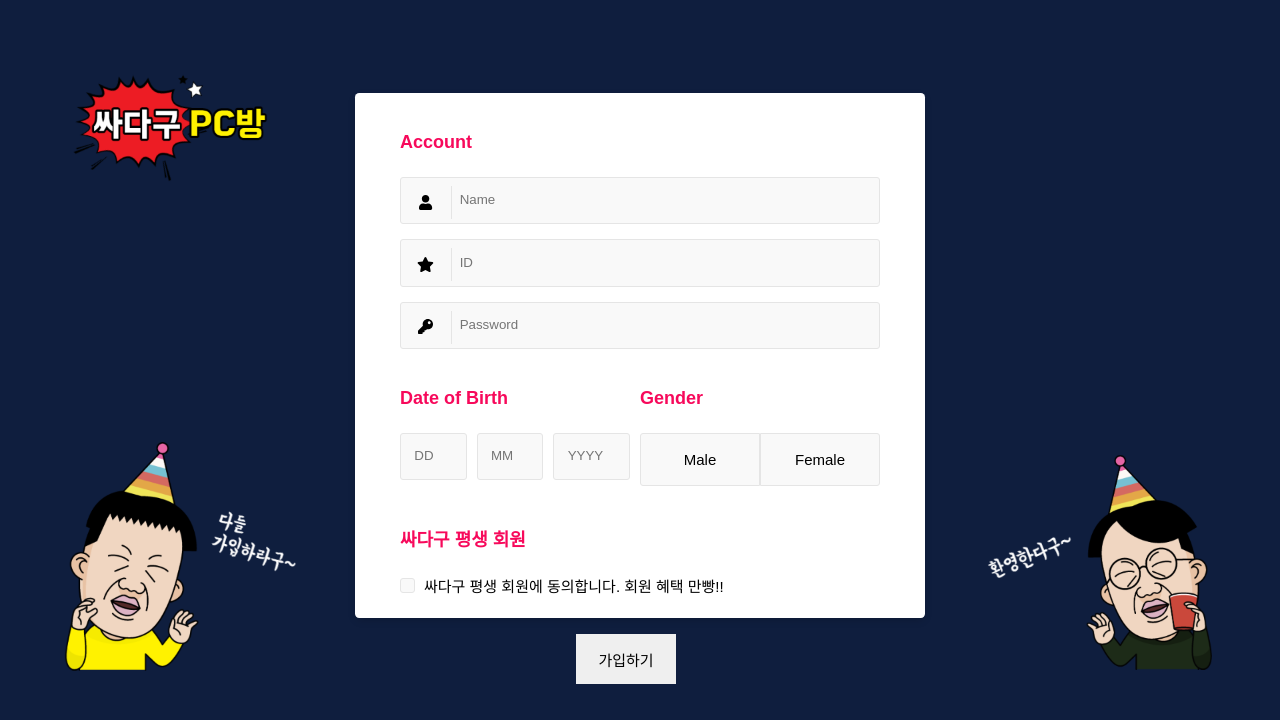
Repository: lkwoung/webProject-assignment
Page: http://localhost/CheapPC/login/join.jsp
The author's editor kept a copy of each file at every save. The page is drawn from the files as they stood at one save, then again after the next save.
The browser window is 1280 px wide. The pictures show the whole page.
Some web fonts or font styles are not loaded; a fallback is used. Some web libraries are served in a nearby version. The page is served by Tomcat 9. Other server files are loaded and not shown.

Above is the page before, as saved 2020-12-17 14:27:01.

### CheapPC/WebContent/login/join.jsp
<%@ page language="java" contentType="text/html; charset=UTF-8"
	pageEncoding="UTF-8"%>
<!DOCTYPE html>
<html>
<head>
  <meta http-equiv="Content-Type" content="text/html; charset=UTF-8"/>
  <script src="https://use.fontawesome.com/releases/v5.2.0/js/all.js"></script>
  <title>cheap PC Join</title>
  <link rel="stylesheet" href="../css/join.css">
  <link href="https://fonts.googleapis.com/earlyaccess/hanna.css" rel="stylesheet" type="text/css" />
</head>
<body>
<div class="container">
  <form name=joinform style="font-family:'Hanna', sans-serif;" action="user_join">
    <div class="row">
      <h4>Account</h4>
      <div class="input-group input-group-icon">
        <input type="text" name="name" placeholder="Name" style="font-family:'Hanna', sans-serif;"/>
        <div class="input-icon"><i class="fa fa-user"></i></div>
      </div>
      <div class="input-group input-group-icon">
        <input type="text" name="id" placeholder="ID" style="font-family:'Hanna', sans-serif;"/>
        <div class="input-icon"><i class="fa fa-star"></i></div>
      </div>
      <div class="input-group input-group-icon">
        <input type="password" name="password" placeholder="Password" style="font-family:'Hanna', sans-serif;"/>
        <div class="input-icon"><i class="fa fa-key"></i></div>
      </div>
    </div>
    <div class="row">
      <div class="col-half">
        <h4>Date of Birth</h4>
        <div class="input-group">
          <div class="col-third">
            <input type="text" name="dd" placeholder="DD"/>
          </div>
          <div class="col-third">
            <input type="text" name="mm" placeholder="MM"/>
          </div>
          <div class="col-third">
            <input type="text" name="yyyy" placeholder="YYYY"/>
          </div>
        </div>
      </div>
      <div class="col-half">
        <h4>Gender</h4>
        <div class="input-group">
          <input type="radio" name="gender" value="male" id="gender-male"/>
          <label for="gender-male">Male</label>
          <input type="radio" name="gender" value="female" id="gender-female"/>
          <label for="gender-female">Female</label>
        </div>
      </div>
    </div>
    <div class="row">
      <h4>싸다구 평생 회원</h4>
      <div class="input-group">
        <input type="checkbox" name="contract" value="yes" id="terms" />
        <label for="terms" style="font-family:'Hanna', sans-serif;">싸다구 평생 회원에 동의합니다. 회원 혜택 만빵!!</label>
      </div>
    </div>
      <button type="submit" style="font-family:'Hanna', sans-serif; position:absolute; bottom:5%; width:100px; padding:10px; height:50px; left:45%;">가입하기</button>
  </form>
  </div>

<script src="https://code.jquery.com/jquery-3.1.1.min.js"></script>
</body>

### CheapPC/WebContent/css/join.css
*,
*:before,
*:after {
  box-sizing: border-box;
}
body {
	background: url(image/join.png) no-repeat center center fixed;
	-webkit-background-size: cover;
	-moz-background-size: cover;
	-o-background-size: cover;
  background-size: cover;
  padding: 1em;
  font-family:'Hanna', sans-serif;
  font-size: 15px;
}
h4 {
  color: #f7095b;
  font-size:18px;
}
input,
input[type="radio"] + label,
input[type="checkbox"] + label:before,
select option,
select {
  width: 100%;
  padding: 1em;
  line-height: 1.4;
  background-color: #f9f9f9;
  border: 1px solid #e5e5e5;
  border-radius: 3px;
  -webkit-transition: 0.35s ease-in-out;
  -moz-transition: 0.35s ease-in-out;
  -o-transition: 0.35s ease-in-out;
  transition: 0.35s ease-in-out;
  transition: all 0.35s ease-in-out;
}
input:focus {
  outline: 0;
  border-color: #f7095b;
}
input:focus + .input-icon i {
  color: #f7095b;
}
input:focus + .input-icon:after {
  border-right-color: #f7095b;
}
input[type="radio"] {
  display: none;
}
input[type="radio"] + label,
select {
  display: inline-block;
  width: 50%;
  text-align: center;
  float: left;
  border-radius: 0;
}
input[type="radio"] + label:first-of-type {
  border-top-left-radius: 3px;
  border-bottom-left-radius: 3px;
}
input[type="radio"] + label:last-of-type {
  border-top-right-radius: 3px;
  border-bottom-right-radius: 3px;
}
input[type="radio"] + label i {
  padding-right: 0.4em;
}
input[type="radio"]:checked + label,
input:checked + label:before,
select:focus,
select:active {
  background-color: #f7095b;
  color: #fff;
  border-color: #d90952;
}
input[type="checkbox"] {
  display: none;
}
input[type="checkbox"] + label {
  position: relative;
  display: block;
  padding-left: 1.6em;
}
input[type="checkbox"] + label:before {
  position: absolute;
  top: 0.2em;
  left: 0;
  display: block;
  width: 1em;
  height: 1em;
  padding: 0;
  content: "";
}
input[type="checkbox"] + label:after {
  position: absolute;
  top: 0.45em;
  left: 0.2em;
  font-size: 0.8em;
  color: #fff;
  opacity: 0;
  font-family:'Hanna', sans-serif;
  content: "\f00c";
}
input:checked + label:after {
  opacity: 1;
}
select {
  height: 3.4em;
  line-height: 2;
}
select:first-of-type {
  border-top-left-radius: 3px;
  border-bottom-left-radius: 3px;
}
select:last-of-type {
  border-top-right-radius: 3px;
  border-bottom-right-radius: 3px;
}
select:focus,
select:active {
  outline: 0;
}
select option {
  background-color: #f7095b;
  color: #fff;
}
.input-group {
  margin-bottom: 1em;
  zoom: 1;
}
.input-group:before,
.input-group:after {
  content: "";
  display: table;
}
.input-group:after {
  clear: both;
}
.input-group-icon {
  position: relative;
}
.input-group-icon input {
  padding-left: 4.4em;
}
.input-group-icon .input-icon {
  position: absolute;
  top: 0;
  left: 0;
  width: 3.4em;
  height: 3.4em;
  line-height: 3.4em;
  text-align: center;
  pointer-events: none;
}
.input-group-icon .input-icon:after {
  position: absolute;
  top: 0.6em;
  bottom: 0.6em;
  left: 3.4em;
  display: block;
  border-right: 1px solid #e5e5e5;
  content: "";
  -webkit-transition: 0.35s ease-in-out;
  -moz-transition: 0.35s ease-in-out;
  -o-transition: 0.35s ease-in-out;
  transition: 0.35s ease-in-out;
  transition: all 0.35s ease-in-out;
}
.input-group-icon .input-icon i {
  -webkit-transition: 0.35s ease-in-out;
  -moz-transition: 0.35s ease-in-out;
  -o-transition: 0.35s ease-in-out;
  transition: 0.35s ease-in-out;
  transition: all 0.35s ease-in-out;
}
.container {
  max-height:35em;
  max-width: 38em;
  padding: 1em 3em 2em 3em;
  margin: 0em auto;
  margin-top: 70px;
  background-color: #fff;
  border-radius: 4.2px;
  box-shadow: 0px 3px 10px -2px rgba(0, 0, 0, 0.2);
}
.row {
  zoom: 1;
}
.row:before,
.row:after {
  content: "";
  display: table;
}
.row:after {
  clear: both;
}
.col-half {
  padding-right: 10px;
  float: left;
  width: 50%;
}
.col-half:last-of-type {
  padding-right: 0;
}
.col-third {
  padding-right: 10px;
  float: left;
  width: 33.33333333%;
}
.col-third:last-of-type {
  padding-right: 0;
}
@media only screen and (max-width: 540px) {
  .col-half {
    width: 100%;
    padding-right: 0;
  }
}
button {
  position: relative;
  font-family:'Hanna', sans-serif;
  display: inline-block;
  cursor: pointer;
  outline: none;
  border: 0;
  vertical-align: middle;
  font-size: 15px;
}
button.learn-more {
  color:#fff;
  top:80px;
  left:38%;
  text-align: center;
  font-weight: 600;
  text-transform: uppercase;
  padding: 1.25em 2em;
  background: #F93738;
  border: 2px solid #930405;
  border-radius: 0.75em;
  -webkit-transform-style: preserve-3d;
          transform-style: preserve-3d;
  -webkit-transition: background 150ms cubic-bezier(0, 0, 0.58, 1), -webkit-transform 150ms cubic-bezier(0, 0, 0.58, 1);
  transition: background 150ms cubic-bezier(0, 0, 0.58, 1), -webkit-transform 150ms cubic-bezier(0, 0, 0.58, 1);
  transition: transform 150ms cubic-bezier(0, 0, 0.58, 1), background 150ms cubic-bezier(0, 0, 0.58, 1);
  transition: transform 150ms cubic-bezier(0, 0, 0.58, 1), background 150ms cubic-bezier(0, 0, 0.58, 1), -webkit-transform 150ms cubic-bezier(0, 0, 0.58, 1);
}
button.learn-more::before {
  color:#000000;
  position: absolute;
  content: '';
  width: 100%;
  height: 80%;
  top: 0;
  left: 0;
  right: 0;
  bottom: 0;
  background: #F93738;
  border-radius: inherit;
  box-shadow: 0 0 0 2px #F93738, 0 0.625em 0 0 #F93738;
  -webkit-transform: translate3d(0, 0.75em, -1em);
          transform: translate3d(0, 0.75em, -1em);
  -webkit-transition: box-shadow 150ms cubic-bezier(0, 0, 0.58, 1), -webkit-transform 150ms cubic-bezier(0, 0, 0.58, 1);
  transition: box-shadow 150ms cubic-bezier(0, 0, 0.58, 1), -webkit-transform 150ms cubic-bezier(0, 0, 0.58, 1);
  transition: transform 150ms cubic-bezier(0, 0, 0.58, 1), box-shadow 150ms cubic-bezier(0, 0, 0.58, 1);
  transition: transform 150ms cubic-bezier(0, 0, 0.58, 1), box-shadow 150ms cubic-bezier(0, 0, 0.58, 1), -webkit-transform 150ms cubic-bezier(0, 0, 0.58, 1);
}
button.learn-more:hover {
  background: #F93738;
  -webkit-transform: translate(0, 0.25em);
          transform: translate(0, 0.25em);
}
button.learn-more:hover::before {
  box-shadow: 0 0 0 2px #F93738, 0 0.5em 0 0 #F93738;
  -webkit-transform: translate3d(0, 0.5em, -1em);
          transform: translate3d(0, 0.5em, -1em);
}
button.learn-more:active {
  background: #F93738;
  -webkit-transform: translate(0em, 0.75em);
          transform: translate(0em, 0.75em);
}
button.learn-more:active::before {
  box-shadow: 0 0 0 2px #930405, 0 0 #930405;
  -webkit-transform: translate3d(0, 0, -1em);
          transform: translate3d(0, 0, -1em);

After the next save:
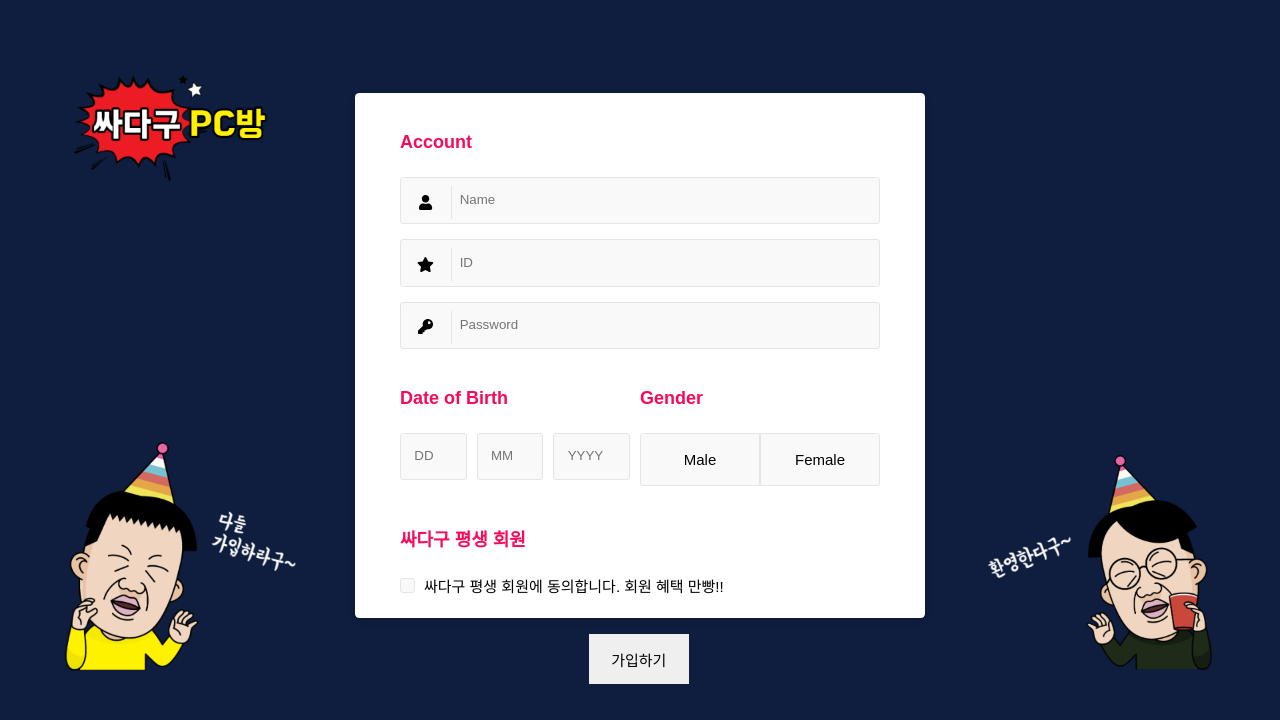
Saved 6 s later.
--- a/CheapPC/WebContent/login/join.jsp
+++ b/CheapPC/WebContent/login/join.jsp
@@ -59,7 +59,7 @@
         <label for="terms" style="font-family:'Hanna', sans-serif;">싸다구 평생 회원에 동의합니다. 회원 혜택 만빵!!</label>
       </div>
     </div>
-      <button type="submit" style="font-family:'Hanna', sans-serif; position:absolute; bottom:5%; width:100px; padding:10px; height:50px; left:45%;">가입하기</button>
+      <button type="submit" style="font-family:'Hanna', sans-serif; position:absolute; bottom:5%; width:100px; padding:10px; height:50px; left:46%;">가입하기</button>
   </form>
   </div>
 
